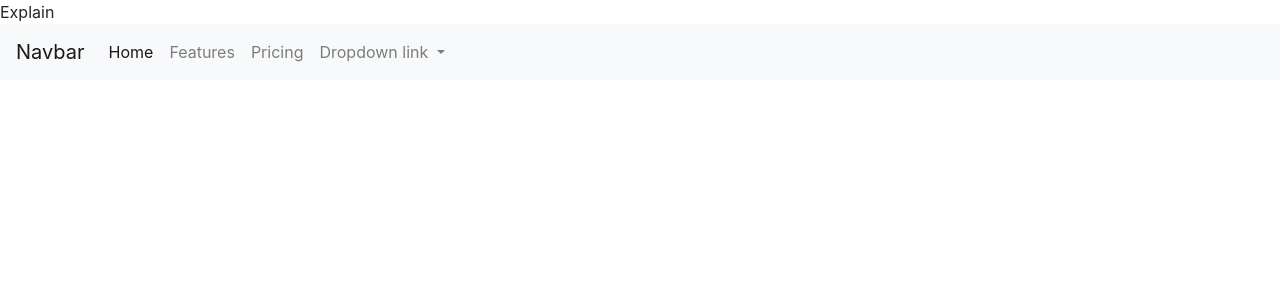
Repository: tsthuy/Badminton
Page: index.html
The author's editor kept a copy of each file at every save. The page is drawn from the files as they stood at one save, then again after the next save.
The browser window is 1280 px wide. The pictures show the whole page.
Some web libraries are served in a nearby version.

Above is the page before, as saved 2023-10-12 20:03:07.

### index.html
<!DOCTYPE html>
<html lang="en">
<head>
    <meta charset="UTF-8">
    <meta name="viewport" content="width=device-width, initial-scale=1.0">
    <link rel="stylesheet" href="https://cdn.jsdelivr.net/npm/bootstrap@4.0.0/dist/css/bootstrap.min.css" integrity="sha384-Gn5384xqQ1aoWXA+058RXPxPg6fy4IWvTNh0E263XmFcJlSAwiGgFAW/dAiS6JXm" crossorigin="anonymous">

    <title>Badminton</title>
</head>
<body>
    Explain
<nav class="navbar navbar-expand-lg navbar-light bg-light">
  <a class="navbar-brand" href="#">Navbar</a>
  <button class="navbar-toggler" type="button" data-toggle="collapse" data-target="#navbarNavDropdown" aria-controls="navbarNavDropdown" aria-expanded="false" aria-label="Toggle navigation">
    <span class="navbar-toggler-icon"></span>
  </button>
  <div class="collapse navbar-collapse" id="navbarNavDropdown">
    <ul class="navbar-nav">
      <li class="nav-item active">
        <a class="nav-link" href="#">Home <span class="sr-only">(current)</span></a>
      </li>
      <li class="nav-item">
        <a class="nav-link" href="#">Features</a>
      </li>
      <li class="nav-item">
        <a class="nav-link" href="#">Pricing</a>
      </li>
      <li class="nav-item dropdown">
        <a class="nav-link dropdown-toggle" href="#" id="navbarDropdownMenuLink" data-toggle="dropdown" aria-haspopup="true" aria-expanded="false">
          Dropdown link
        </a>
        <div class="dropdown-menu" aria-labelledby="navbarDropdownMenuLink">
          <a class="dropdown-item" href="#">Action</a>
          <a class="dropdown-item" href="#">Another action</a>
          <a class="dropdown-item" href="#">Something else here</a>
        </div>
      </li>
    </ul>
  </div>
</nav>


</body>
<script src="https://code.jquery.com/jquery-3.2.1.slim.min.js" integrity="sha384-KJ3o2DKtIkvYIK3UENzmM7KCkRr/rE9/Qpg6aAZGJwFDMVNA/GpGFF93hXpG5KkN" crossorigin="anonymous"></script>
<script src="https://cdn.jsdelivr.net/npm/popper.js@1.12.9/dist/umd/popper.min.js" integrity="sha384-ApNbgh9B+Y1QKtv3Rn7W3mgPxhU9K/ScQsAP7hUibX39j7fakFPskvXusvfa0b4Q" crossorigin="anonymous"></script>
<script src="https://cdn.jsdelivr.net/npm/bootstrap@4.0.0/dist/js/bootstrap.min.js" integrity="sha384-JZR6Spejh4U02d8jOt6vLEHfe/JQGiRRSQQxSfFWpi1MquVdAyjUar5+76PVCmYl" crossorigin="anonymous"></script>
    </script>
</html>

After the next save:
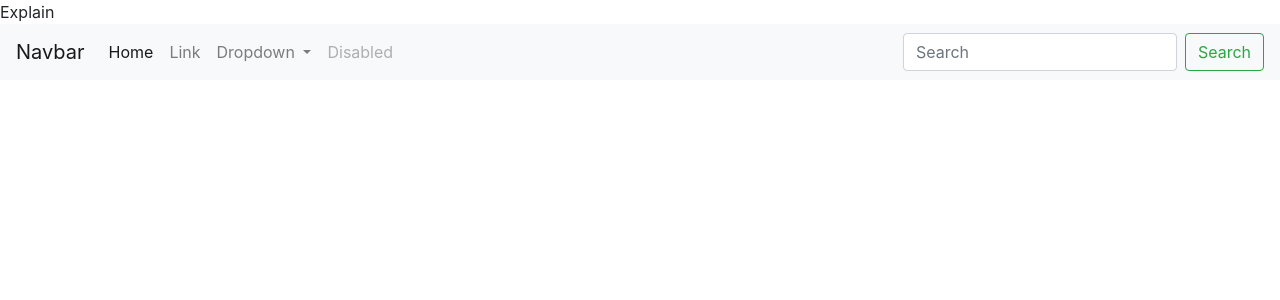
Saved 5 s later.
--- a/index.html
+++ b/index.html
@@ -11,31 +11,37 @@
     Explain
 <nav class="navbar navbar-expand-lg navbar-light bg-light">
   <a class="navbar-brand" href="#">Navbar</a>
-  <button class="navbar-toggler" type="button" data-toggle="collapse" data-target="#navbarNavDropdown" aria-controls="navbarNavDropdown" aria-expanded="false" aria-label="Toggle navigation">
+  <button class="navbar-toggler" type="button" data-toggle="collapse" data-target="#navbarSupportedContent" aria-controls="navbarSupportedContent" aria-expanded="false" aria-label="Toggle navigation">
     <span class="navbar-toggler-icon"></span>
   </button>
-  <div class="collapse navbar-collapse" id="navbarNavDropdown">
-    <ul class="navbar-nav">
+
+  <div class="collapse navbar-collapse" id="navbarSupportedContent">
+    <ul class="navbar-nav mr-auto">
       <li class="nav-item active">
         <a class="nav-link" href="#">Home <span class="sr-only">(current)</span></a>
       </li>
       <li class="nav-item">
-        <a class="nav-link" href="#">Features</a>
-      </li>
-      <li class="nav-item">
-        <a class="nav-link" href="#">Pricing</a>
+        <a class="nav-link" href="#">Link</a>
       </li>
       <li class="nav-item dropdown">
-        <a class="nav-link dropdown-toggle" href="#" id="navbarDropdownMenuLink" data-toggle="dropdown" aria-haspopup="true" aria-expanded="false">
-          Dropdown link
+        <a class="nav-link dropdown-toggle" href="#" id="navbarDropdown" role="button" data-toggle="dropdown" aria-haspopup="true" aria-expanded="false">
+          Dropdown
         </a>
-        <div class="dropdown-menu" aria-labelledby="navbarDropdownMenuLink">
+        <div class="dropdown-menu" aria-labelledby="navbarDropdown">
           <a class="dropdown-item" href="#">Action</a>
           <a class="dropdown-item" href="#">Another action</a>
+          <div class="dropdown-divider"></div>
           <a class="dropdown-item" href="#">Something else here</a>
         </div>
       </li>
+      <li class="nav-item">
+        <a class="nav-link disabled" href="#">Disabled</a>
+      </li>
     </ul>
+    <form class="form-inline my-2 my-lg-0">
+      <input class="form-control mr-sm-2" type="search" placeholder="Search" aria-label="Search">
+      <button class="btn btn-outline-success my-2 my-sm-0" type="submit">Search</button>
+    </form>
   </div>
 </nav>
 
